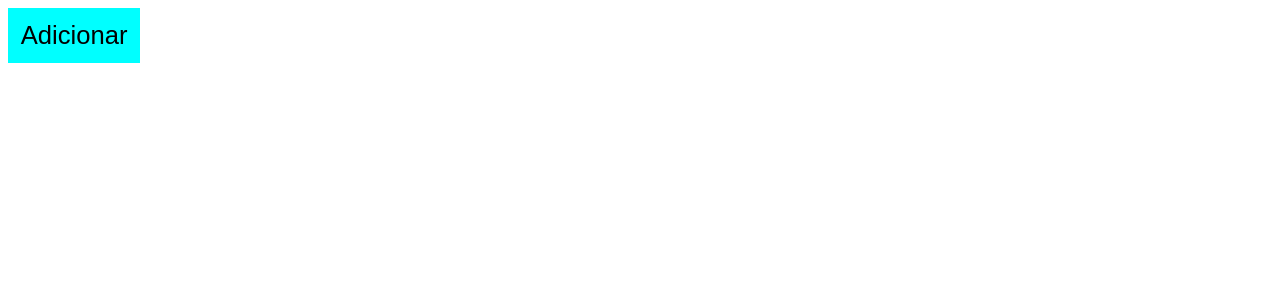
Repository: Orifiel/teste
Page: desafioMod2/desafioJavascript0201.html
An editor plug-in stored every save of this project. The page is shown before and after the next save, followed by the edit.
The browser window is 1280 px wide. The pictures show the whole page.

Above is the page before, as saved 2020-08-12 15:05:10.

After the next save:
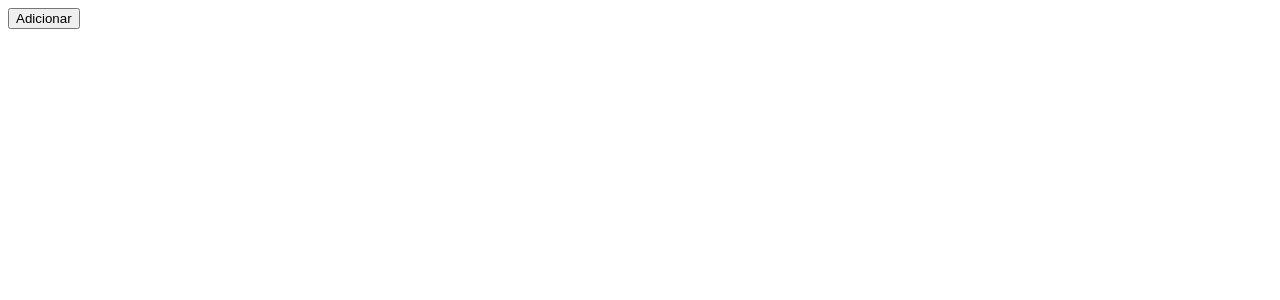
Saved 10 s later.
--- a/desafioMod2/desafioJavascript0201.html
+++ b/desafioMod2/desafioJavascript0201.html
@@ -15,7 +15,7 @@
 <body>
     <style>
 
-        body .getsquadred {
+        div.getsquadred {
             font-size: 1.6rem;
             padding: 0.8rem;
             border: 0;
@@ -23,7 +23,7 @@
         }
     </style>
     <div class="button-container">
-    <button class="getsquadred" onclick="">Adicionar</button>
+     <button class="getsquadred" onclick="">Adicionar</button>
     </div>
 </body>
 </html>

After the save that followed:
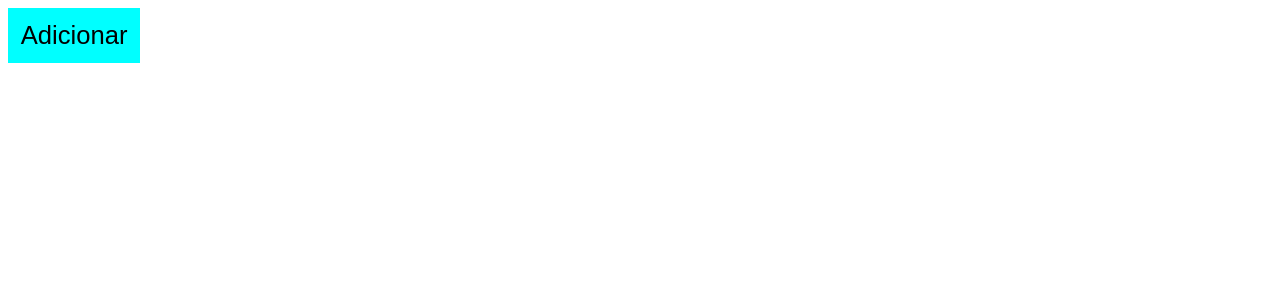
Saved 10 s later.
--- a/desafioMod2/desafioJavascript0201.html
+++ b/desafioMod2/desafioJavascript0201.html
@@ -15,7 +15,7 @@
 <body>
     <style>
 
-        div.getsquadred {
+        .button-container .getsquadred {
             font-size: 1.6rem;
             padding: 0.8rem;
             border: 0;
